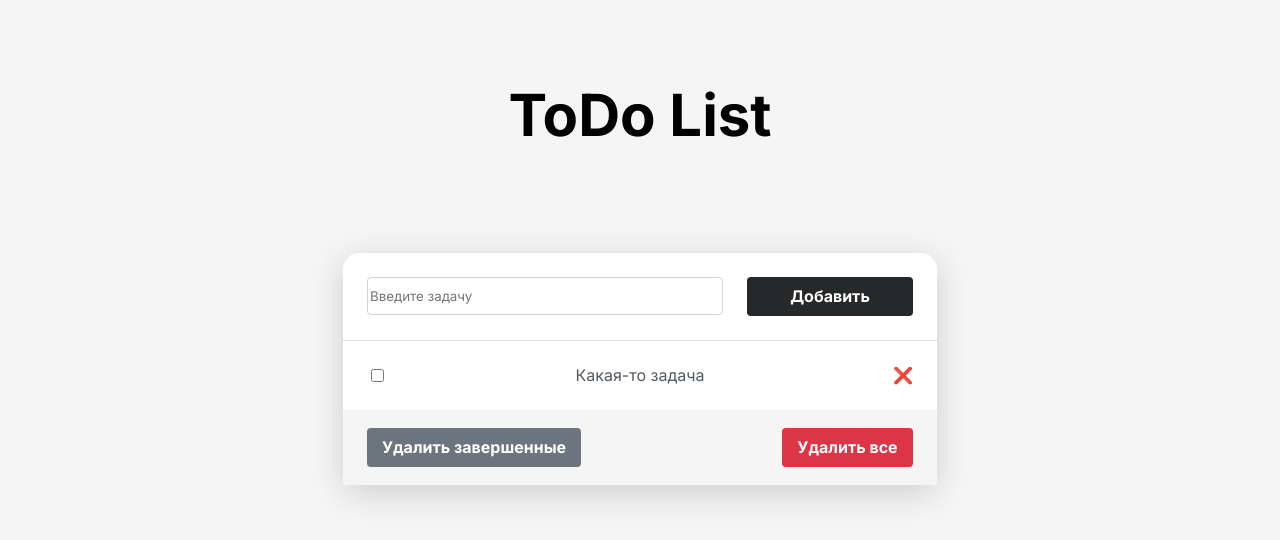
Repository: Tchistyakov/todolist
Page: /
An editor plug-in stored every save of this project. The page is shown before and after the next save, followed by the edit.
The browser window is 1280 px wide. The pictures show the whole page.
The project was rebuilt for these pictures with package versions that can differ from the ones it lists, and the page was loaded fresh each time.

Above is the page before, as saved 2021-11-26 14:32:47.

After the next save:
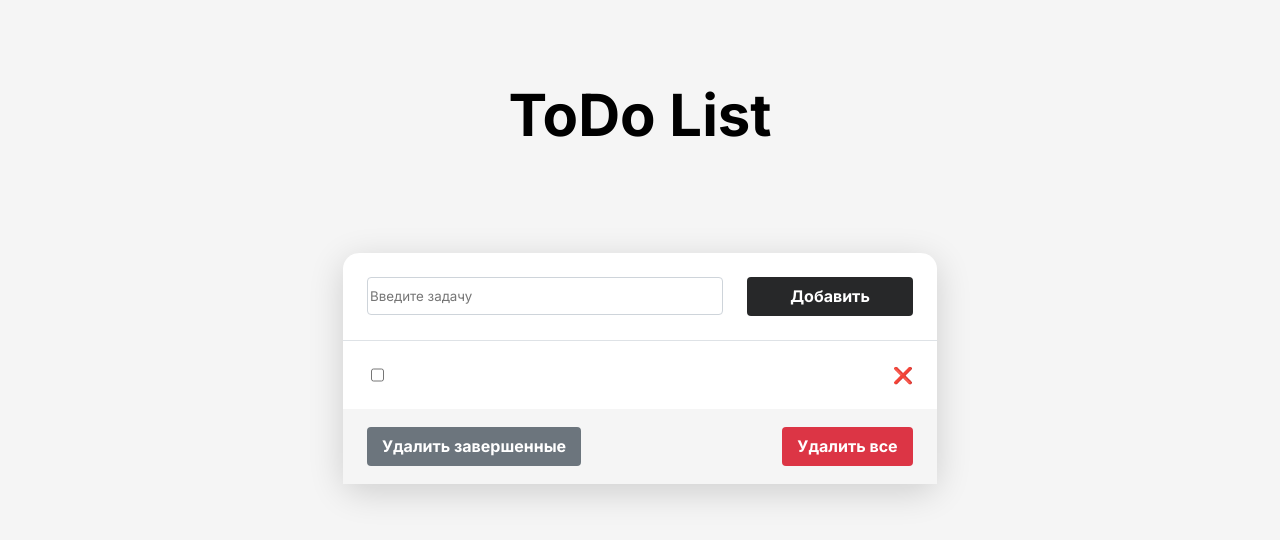
Saved 20 s later.
--- a/src/Main/Main.js
+++ b/src/Main/Main.js
@@ -17,7 +17,7 @@ function Main() {
         <>
             <div className='div-flex'>
                 <input type="checkbox" />
-                <label>{todos}Какая-то задача</label>
+                <label>{todos}</label>
                 <span className="x">❌</span>
             </div>
         </>)
